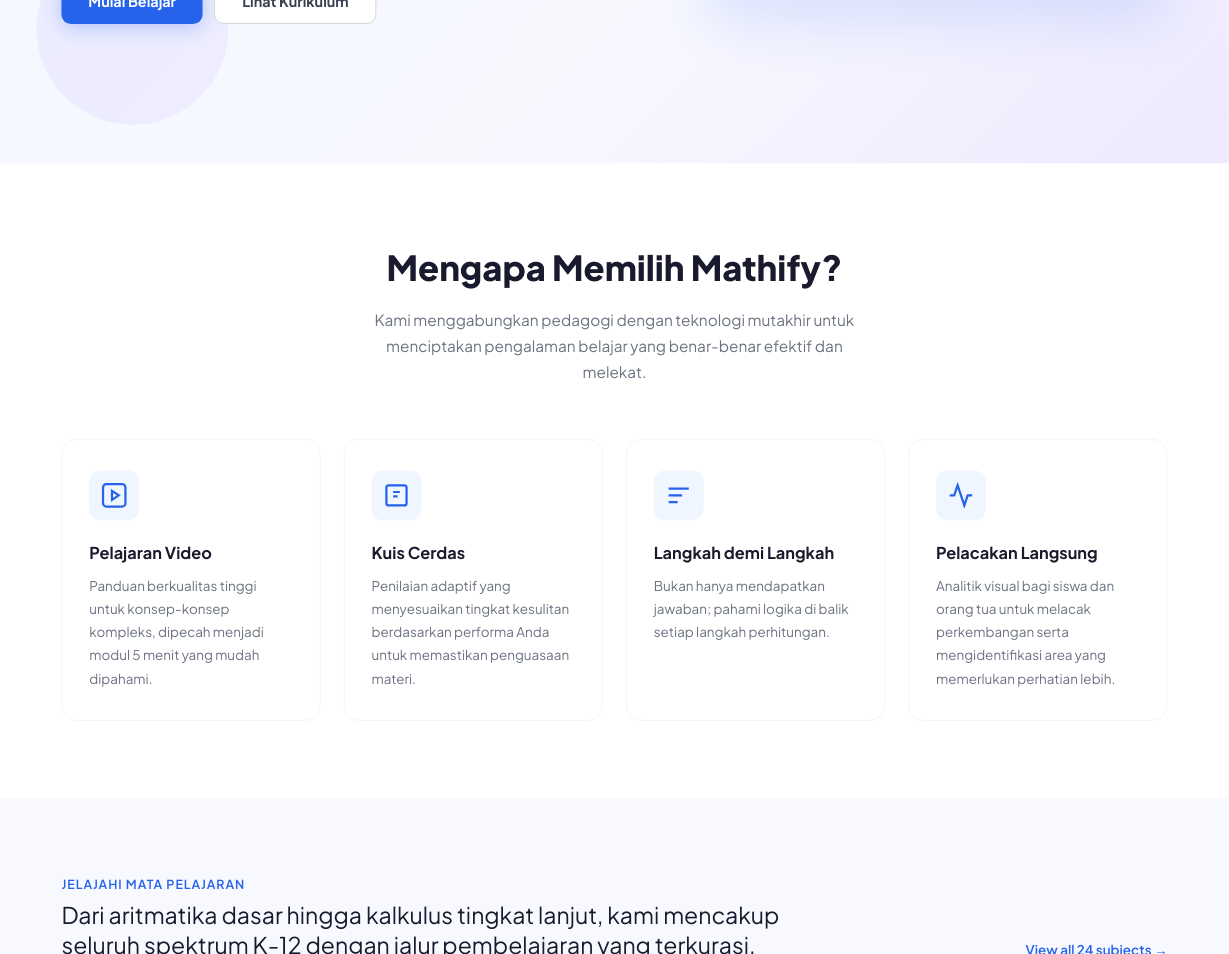
Repository: AdityaRevangga/Mathify
Page: / (app in frontend/)
The author's editor kept a copy of each file at every save. The page is drawn from the files as they stood at one save, then again after the next save.
The browser window is 1280 px wide. The pictures show the part of the page from y = 550 to 1544 px (the page is 2679 px tall before and 2632 px after), at 96% of full size.
Pictures or frames that could not be fetched are drawn as grey boxes. The page's requests for data from a server got no answer. The project was rebuilt for these pictures with package versions that can differ from the ones it lists, and the page was loaded fresh each time. No one was signed in, and anything a server would have sent is missing. Also part of the build but not shown: frontend/vite.config.js, frontend/src/index.css, frontend/src/hooks/useAuth.js, frontend/src/router/ProtectedRoute.jsx, frontend/src/components/Sidebar.jsx, frontend/src/components/Topbar.jsx, frontend/src/layouts/DashboardLayout.jsx, frontend/src/layouts/AuthLayout.jsx and 14 more.

Above is the page before, as saved 2026-06-02 14:28:19.

After the next save:
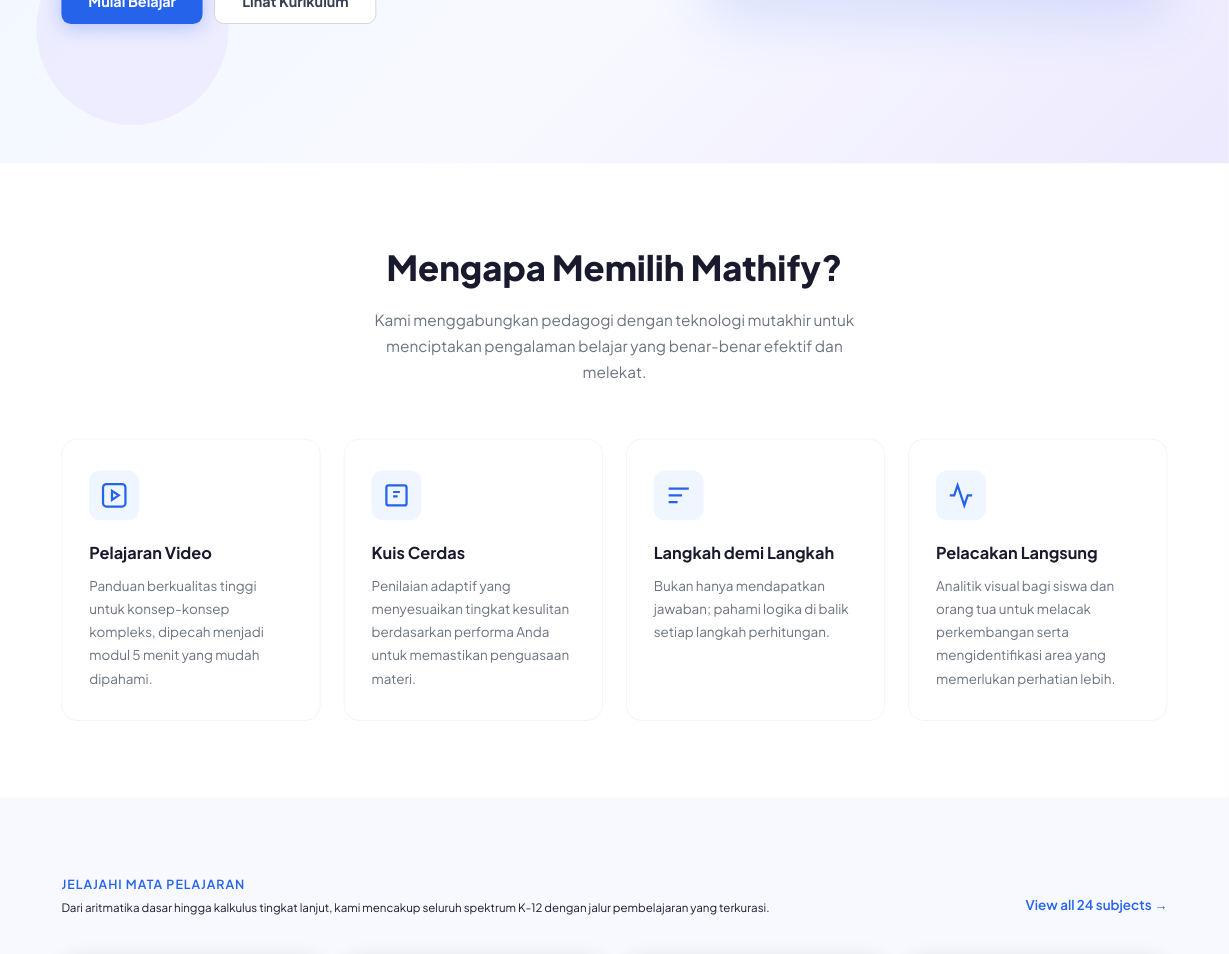
Saved 4 s later.
--- a/frontend/src/pages/LandingPage.jsx
+++ b/frontend/src/pages/LandingPage.jsx
@@ -216,7 +216,7 @@
           <div style={{ display: 'flex', justifyContent: 'space-between', alignItems: 'flex-end', marginBottom: 40, flexWrap: 'wrap', gap: 16 }}>
             <div>
               <p style={{ fontSize: 13, fontWeight: 600, color: '#2563EB', marginBottom: 6, textTransform: 'uppercase', letterSpacing: 1 }}>Jelajahi Mata Pelajaran</p>
-              <h2 style={{ fontSize: 'clamp(12px, 3vw, 2p0x)', fontWeight: 300, lineHeight: 1.3, maxWidth: 800 }}>
+              <h2 style={{ fontSize: 'clamp(12px, 3vw, 2px)', fontWeight: 300, lineHeight: 1.3, maxWidth: 800 }}>
                 Dari aritmatika dasar hingga kalkulus tingkat lanjut, kami mencakup seluruh spektrum K-12 dengan jalur pembelajaran yang terkurasi.
               </h2>
             </div>
